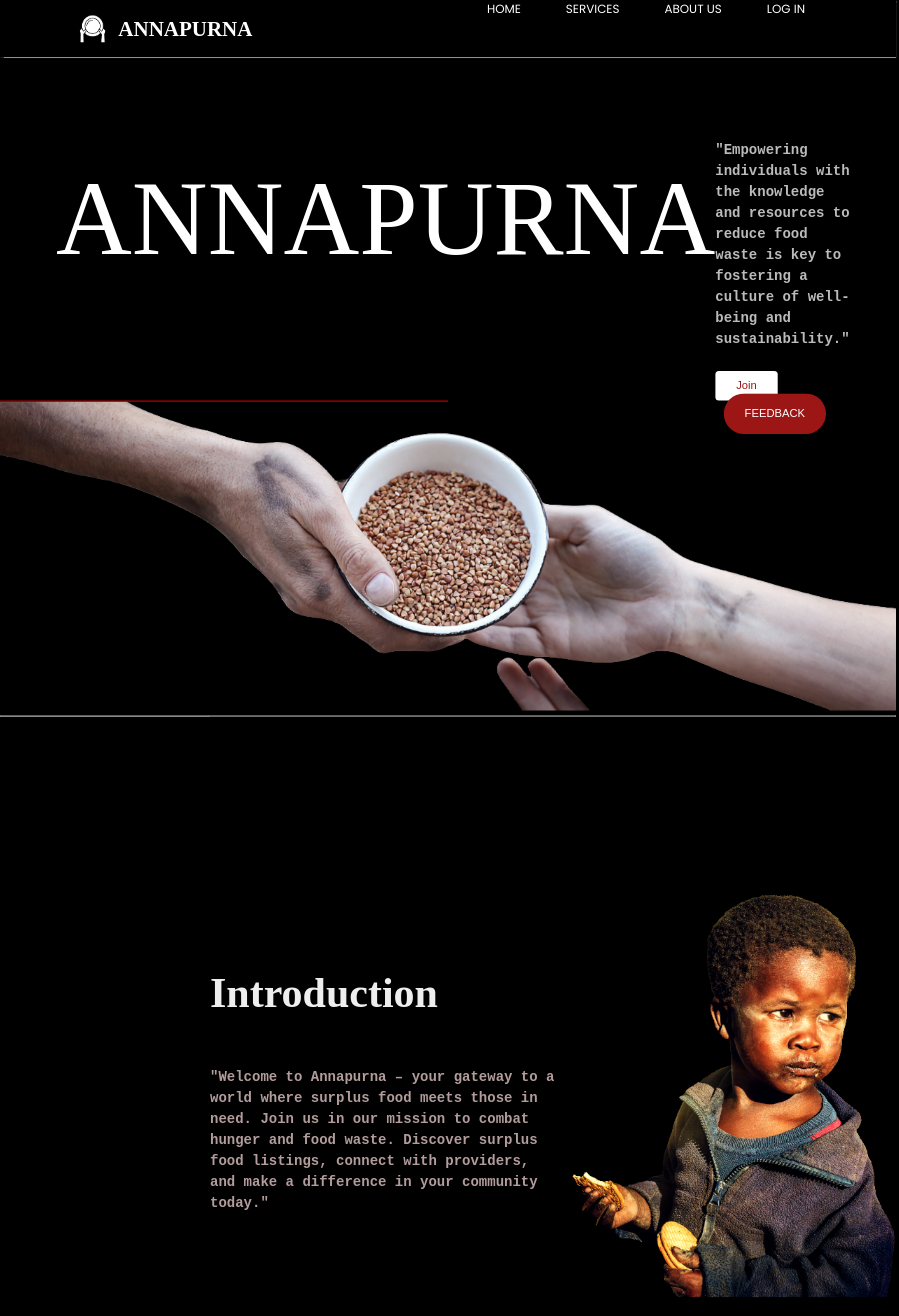
Repository: letscodeshivansh/Annapurna-fullstack-
Page: http://localhost/
These files come from the project's save history. The page is drawn as it stood at one moment and after a run of saves; the edit follows.
The browser window is 1280 px wide. The page is 1284 px wide, so the pictures cover 1284 px, including what lies to the right of the window. The pictures show the part of the page from y = 0 to 1880 px (the page is 4659 px tall), at 70% of full size.
Some web fonts or font styles are not loaded; a fallback is used. Some web libraries are served in a nearby version. The page is served by the project's Node server (src/server.js).

Above is the page before, as saved 2024-06-13 18:48:06.

After the next 2 saves:
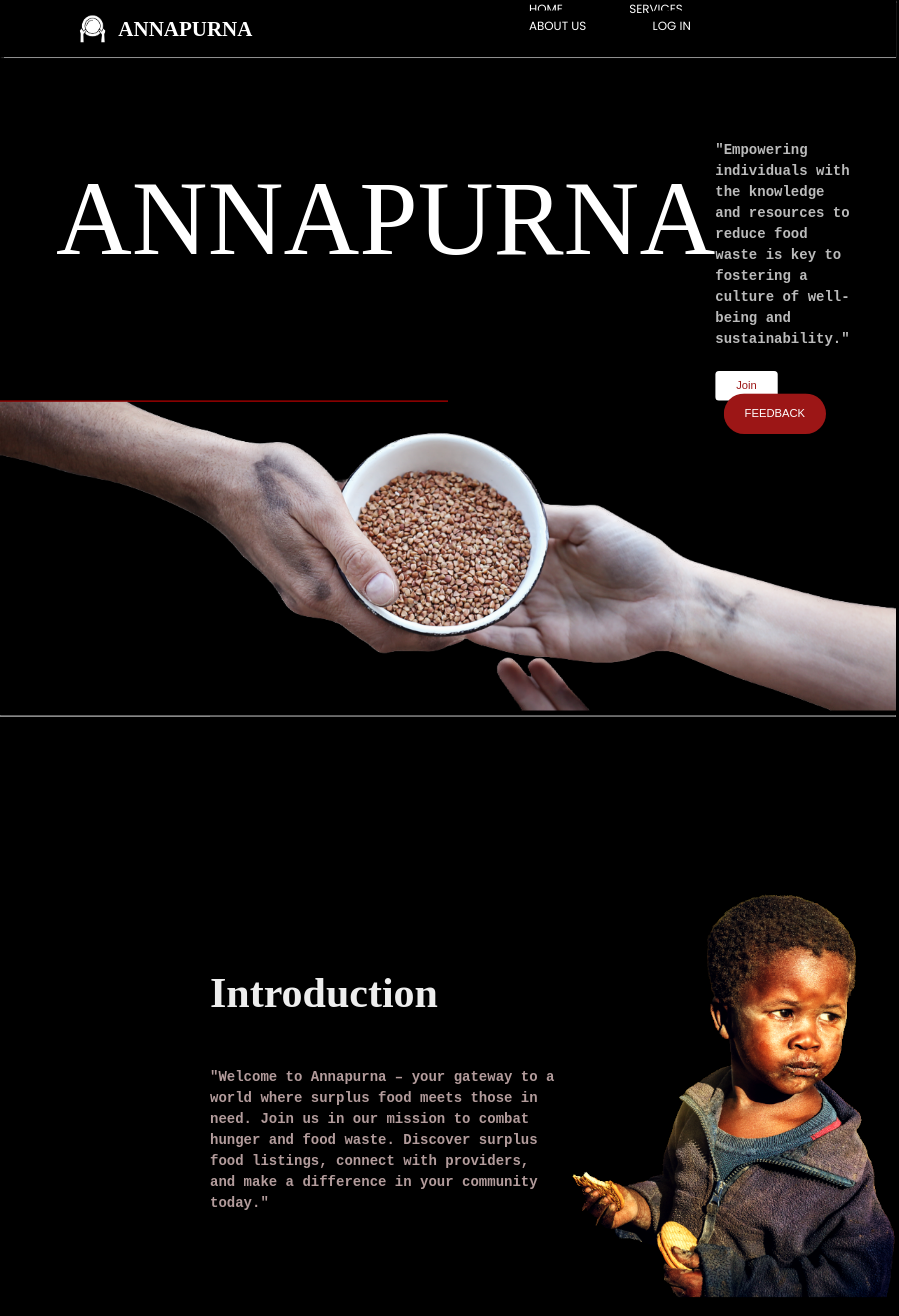
The 2 saves are shown as one change because they came seconds apart.
The last was saved 6 s later.
--- a/public/style.css
+++ b/public/style.css
@@ -91,7 +91,7 @@ nav ul li{
     line-height:25px;
     margin: 0 15px;
     justify-content: space-evenly;
-    margin-right: ;
+    margin-right: 10%;
 
 
 }
